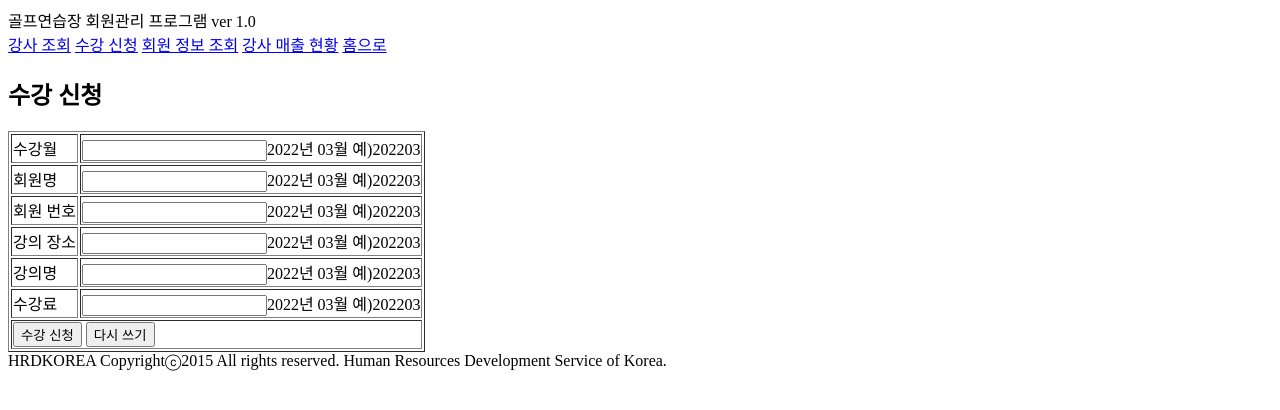
Repository: wwwxsv19/HRDkorea
Page: http://localhost/golf/insert.jsp
The author's editor kept a copy of each file at every save. The page is drawn from the files as they stood at one save, then again after the next save.
The browser window is 1280 px wide. The pictures show the whole page.
The page is served by Tomcat 9.

Above is the page before, as saved 2024-06-25 08:10:38.

After the next save:
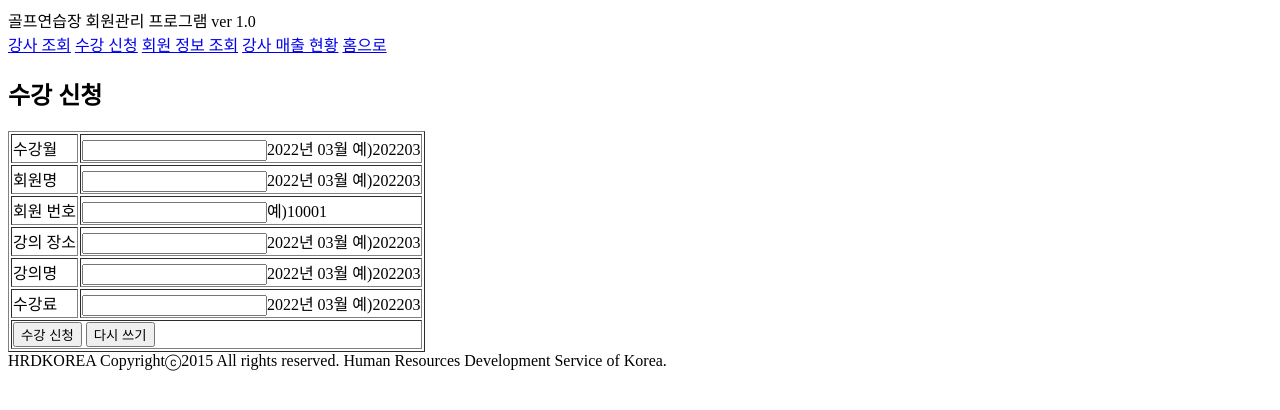
Saved 19 s later.
--- a/golf/golf/src/main/webapp/insert.jsp
+++ b/golf/golf/src/main/webapp/insert.jsp
@@ -30,7 +30,7 @@
 			<tr>
 				<td>회원 번호</td>
 				<td>
-					<input type="text" name="month">2022년 03월 예)202203
+					<input type="text" name="month" readonly>예)10001
 				</td>
 			</tr>
 			<tr>
